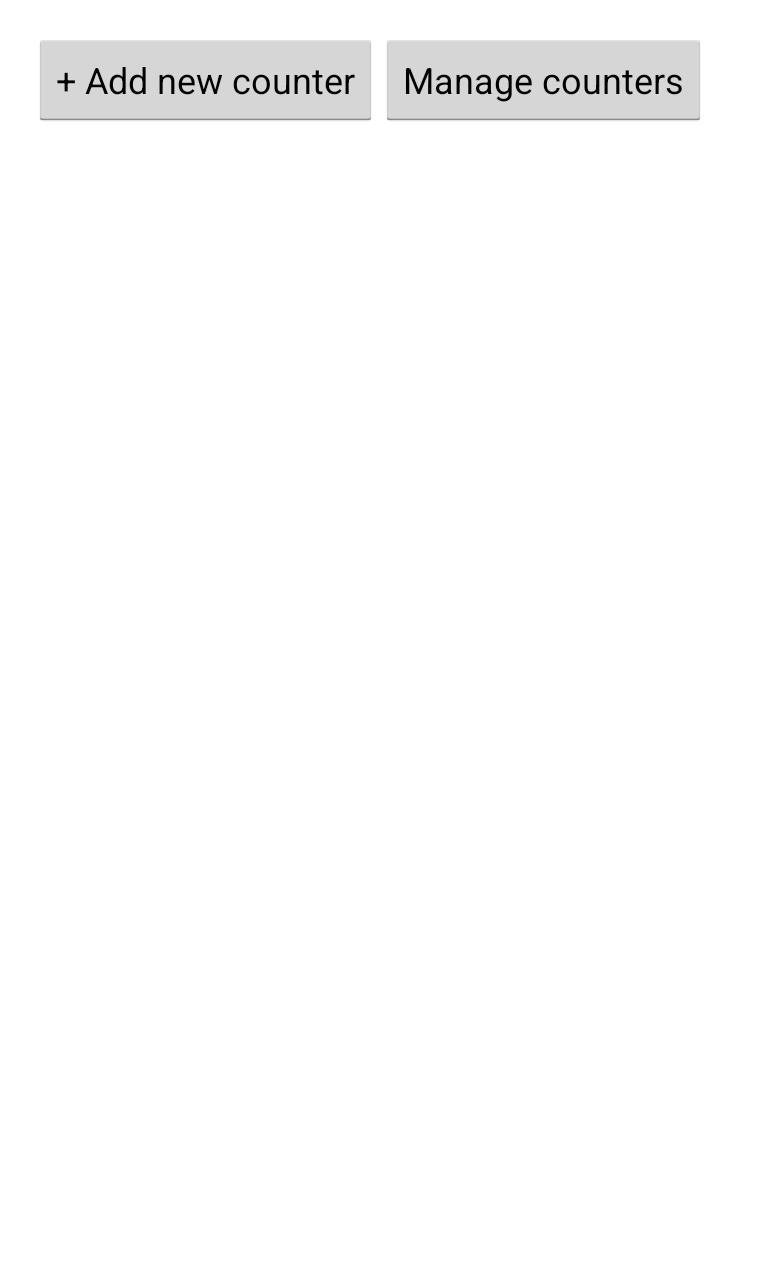
Repository: arweber1/CMPUT301_Assignment1
Layout: Assignment1/res/layout/activity_main.xml
An editor plug-in stored every save of this project. The layout is shown before and after the next save, followed by the edit.
It is drawn on a 768 x 1280 px phone screen (xhdpi) without system bars, with theme AppTheme; the app's code is not run. Lists and similar views that code fills are empty.

Above is the layout before, as saved 2014-01-18 15:41:04.

After the next save:
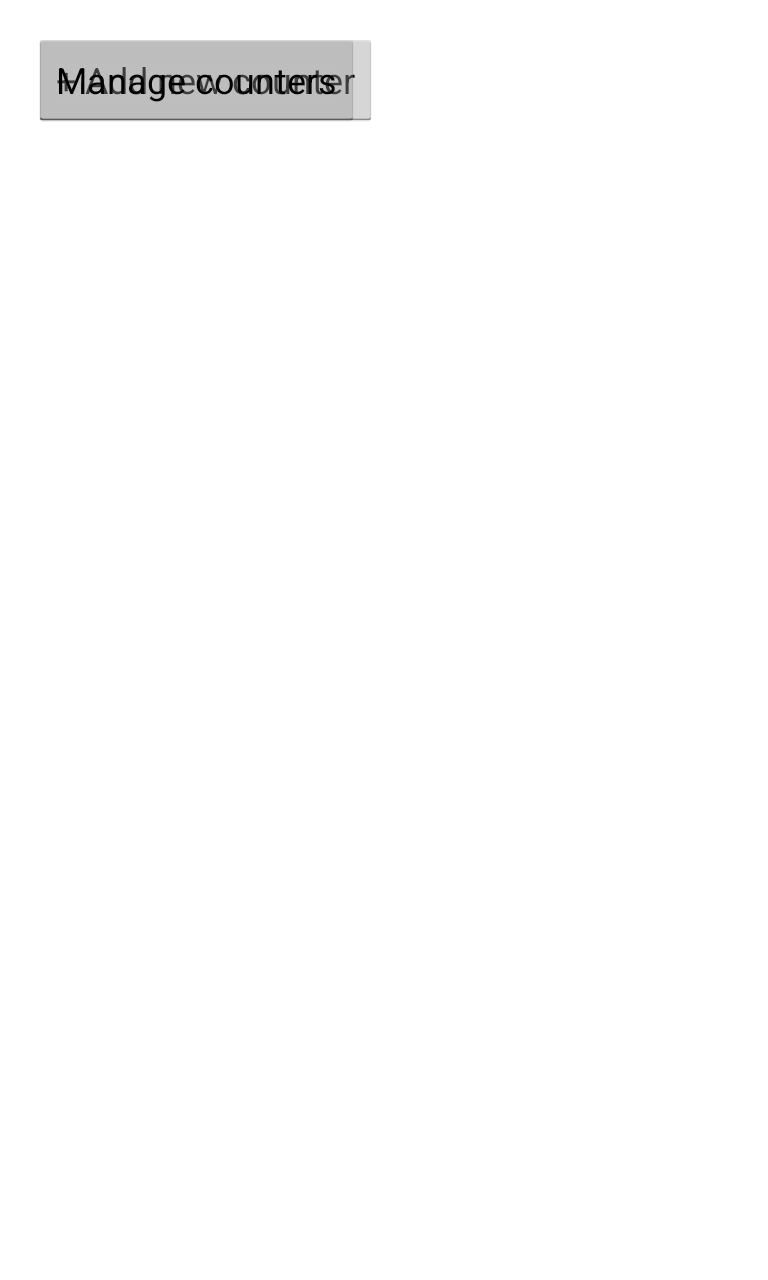
Saved 106 s later.
--- a/Assignment1/res/layout/activity_main.xml
+++ b/Assignment1/res/layout/activity_main.xml
@@ -14,7 +14,7 @@
         android:layout_height="wrap_content" />
 
     <Button
-        android:id="@+id/button1"
+        android:id="@+id/addCounter"
         android:layout_width="wrap_content"
         android:layout_height="wrap_content"
         android:layout_alignParentLeft="true"

After the save that followed:
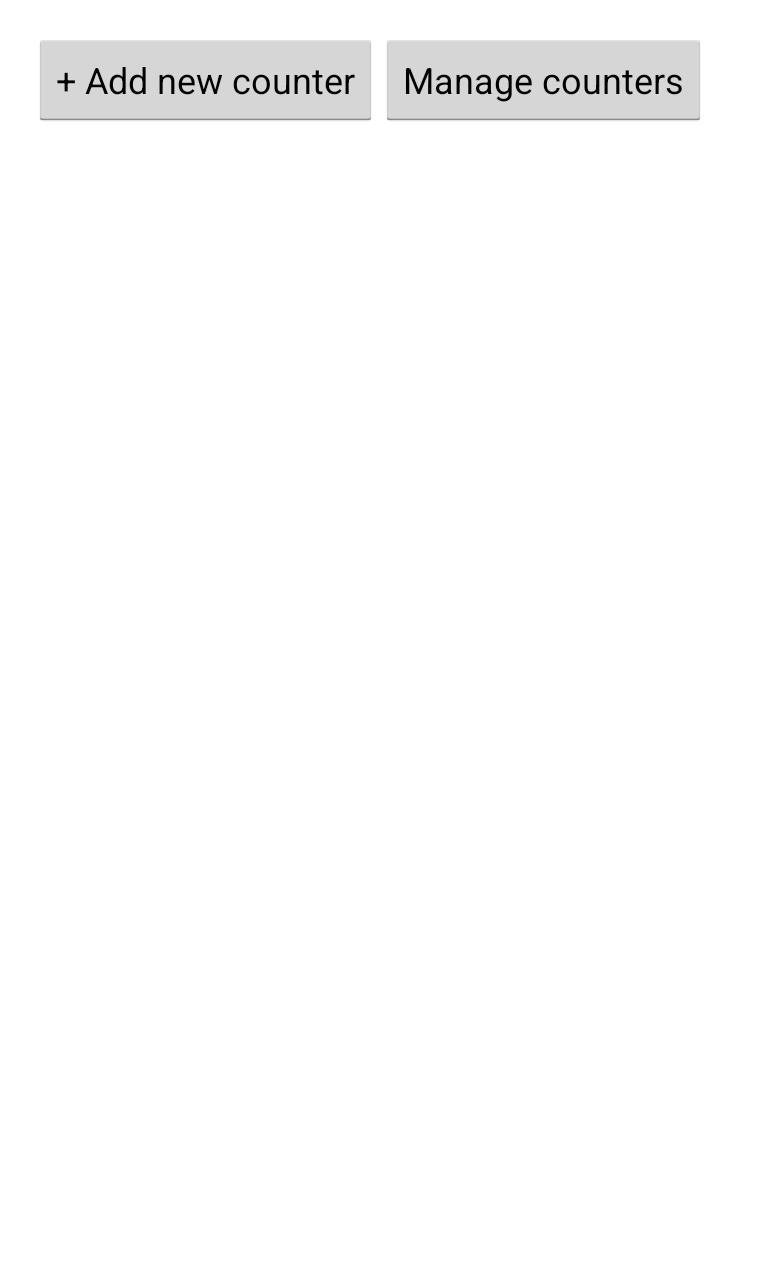
Saved 8 min 5 s later.
--- a/Assignment1/res/layout/activity_main.xml
+++ b/Assignment1/res/layout/activity_main.xml
@@ -25,8 +25,8 @@
         android:id="@+id/button2"
         android:layout_width="wrap_content"
         android:layout_height="wrap_content"
-        android:layout_alignTop="@+id/button1"
-        android:layout_toRightOf="@+id/button1"
+        android:layout_alignTop="@+id/addCounter"
+        android:layout_toRightOf="@+id/addCounter"
         android:text="@string/manage_counters" />
 
     <ListView
